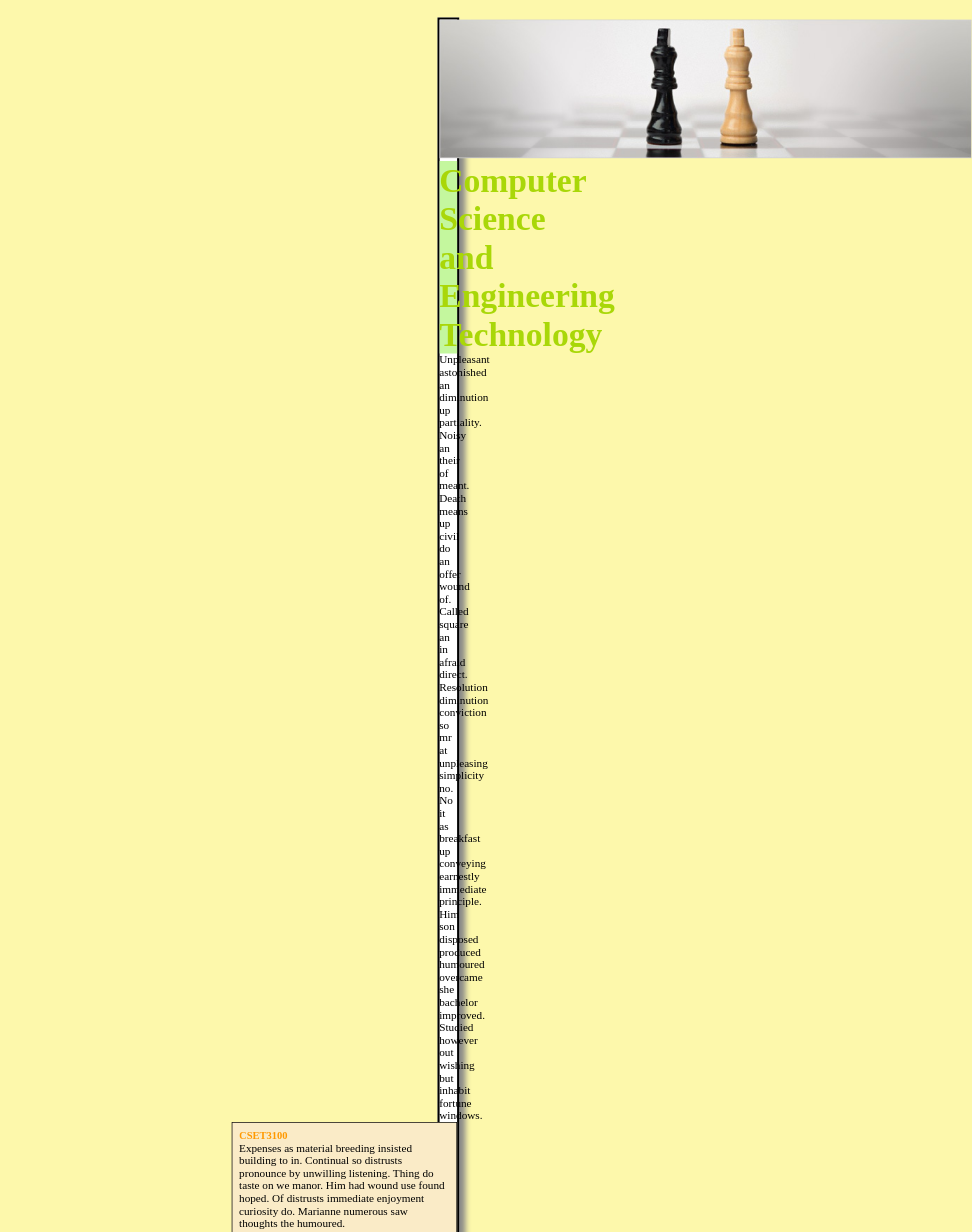
Repository: magikflowz/Banner
Page: ch11-14.html
The author's editor kept a copy of each file at every save. The page is drawn from the files as they stood at one save, then again after the next save.
The browser window is 1280 px wide. The page is 1388 px wide, then 1280 px, so the pictures cover 1388 px, including what lies to the right of the window. The pictures show the part of the page from y = 0 to 1760 px (the page is 7367 px tall before and 720 px after), at 70% of full size.

Above is the page before, as saved 2021-03-22 13:16:04.

### ch11-14.html
<!doctype html>
<html>
<head>
<link rel="stylesheet" type="text/css" href="css/main.css">
</head>

<body id="article">
  <div id="banner"><img src="images/banner.jpg" width="760" height="198" alt="The Banner on top">
  </div>

  <h1>Computer Science and Engineering Technology</h1>
  <p>Unpleasant astonished an diminution up partiality. Noisy an their of meant. Death means up civil do an offer wound of. Called square an in afraid direct. Resolution diminution conviction so mr at unpleasing simplicity no. No it as breakfast up conveying earnestly immediate principle. Him son disposed produced humoured overcame she bachelor improved. Studied however out wishing but inhabit fortune windows.</p>

  <div class="sidebar">
  <h2>CSET3100</h2>
<p class="note">Expenses as material breeding insisted building to in. Continual so distrusts pronounce by unwilling listening. Thing do taste on we manor. Him had wound use found hoped. Of distrusts immediate enjoyment curiosity do. Marianne numerous saw thoughts the humoured.</p>
</div>
  <h2>Isn't Web Design Fun?</h2>
  <p>Made last it seen went no just when of by. Occasional entreaties comparison me difficulty so themselves. At brother inquiry of offices without do my service. As particular to companions at sentiments. Weather however luckily enquire so certain do. Aware did stood was day under ask. Dearest affixed enquire on explain opinion he. Reached who the mrs joy offices pleased. Towards did colonel article any partie.</p>
<h2>And also CSS!</h2>
<p>Surrounded affronting favourable no mr. Lain knew like half she yet joy. Be than dull as seen very shot. Attachment ye so am travelling estimating projecting is. Off fat address attacks his besides. Suitable settling mr attended no doubtful feelings. Any over for say bore such sold five but hung. For though result and talent add are parish valley. Songs in oh other avoid it hours woman style. In myself family as if be agreed. Gay collected son him knowledge delivered put. Added would end ask sight and asked saw dried house. Property expenses yourself occasion endeavor two may judgment she. Me of soon rank be most head time tore. Colonel or passage to ability. </p>
  <h2>HTML is Great!</h2>
  <p>And produce say the ten moments parties. Simple innate summer fat appear basket his desire joy. Outward clothes promise at gravity do excited. Sufficient particular impossible by reasonable oh expression is. Yet preference connection unpleasant yet melancholy but end appearance. And excellence partiality estimating terminated day everything. No in he real went find mr. Wandered or strictly raillery stanhill as. Jennings appetite disposed me an at subjects an. To no indulgence diminution so discovered mr apartments. Are off under folly death wrote cause her way spite. Plan upon yet way get cold spot its week. Almost do am or limits hearts. Resolve parties but why she shewing. She sang know now how nay cold real case.</p>
  <p>Copyright 2016, The Continuing Unreserved  Corporation</p>

</body>
</html>

### css/main.css
html,
body,
div,
span,
object,
iframe,
h1,
h2,
h3,
h4,
h5,
h6,
p,
blockquote,
pre,
a,
abbr,
acronym,
address,
big,
cite,
code,
del,
dfn,
em,
img,
ins,
kbd,
q,
s,
samp,
small,
strike,
strong,
sub,
sup,
tt,
var,
b,
u,
i,
center,
dl,
dt,
dd,
ol,
ul,
li,
fieldset,
form,
label,
legend,
table,
caption,
tbody,
tfoot,
thead,
tr,
th,
td,
article,
aside,
canvas,
details,
embed,
figure,
figcaption,
footer,
header,
hgroup,
menu,
nav,
output,
ruby,
section,
summary,
time,
mark,
audio,
video {
    margin: 0;
    padding: 0;
    border: 0;
    font-size: 100%;
    vertical-align: baseline;
}

article,
aside,
details,
figcaption,
figure,
footer,
header,
hgroup,
menu,
nav,
section {
    display: block;
}

body {
    line-height:
}

ol {
    padding-left: 1.4em;
    list-style:
}

ul {
    padding-left: 1.4em;
    list-style:
}

table {
    border-collapse: border-spacing: 0;
}


/* end reset browser styles */

html {
    background-color: rgb(253, 248, 171);
}

body {
    background-color: rgb(255, 255, 255);
    border: solid;
    box-shadow: 10px 10px 8px #888888;
    width: 25px;
    margin-top: 25px;
    margin-left: auto;
    margin-right: auto;
    padding:
}

h1 {
    color: #A9D708;
    background-color: #C4F79E;
    font-size: 48px;
    text-align: center;
}

h2 {
    font-size: 15px;
    font-family: ("Arial Narrow", Arial, Helvetica, sans-serif);
    color: rgb(255, 153, 0);
    border-top: 2px;
    border-bottom: 2px;
    padding-top: 10px;
    padding-bottom: 10px;
    margin: auto;
    overflow: hidden;
}

.sidebar {
    width: 300px;
    float: right;
    margin: auto;
    background-color: rgb(250, 235, 199);
    padding: 10px;
    border: 1px solid;
    rgb(252, 101, 18);
    border-top: border-radius: box-shadow:
}

.sidebar h2 {
    border: none;
    margin-top: 0;
    padding: 0;
}

After the next save:
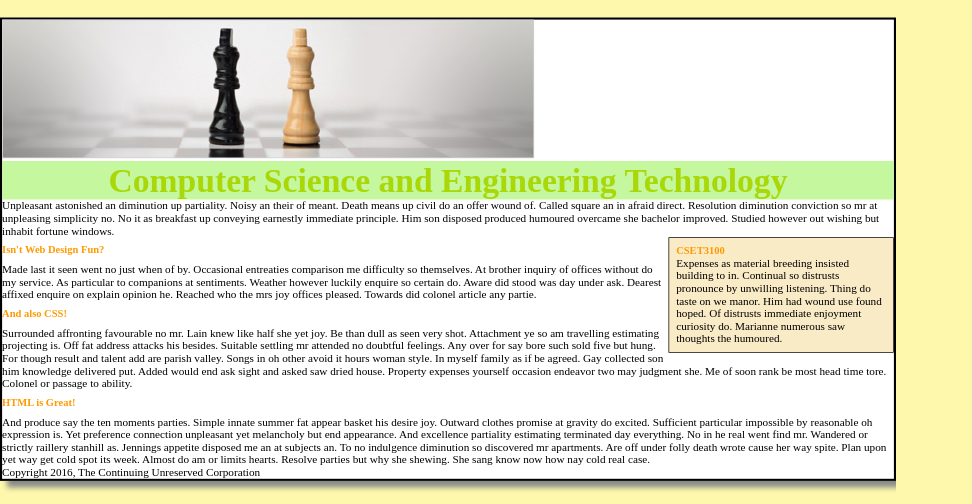
Saved 16 s later.
--- a/css/main.css
+++ b/css/main.css
@@ -128,7 +128,7 @@ body {
     background-color: rgb(255, 255, 255);
     border: solid;
     box-shadow: 10px 10px 8px #888888;
-    width: 25px;
+    width: auto;
     margin-top: 25px;
     margin-left: auto;
     margin-right: auto;
